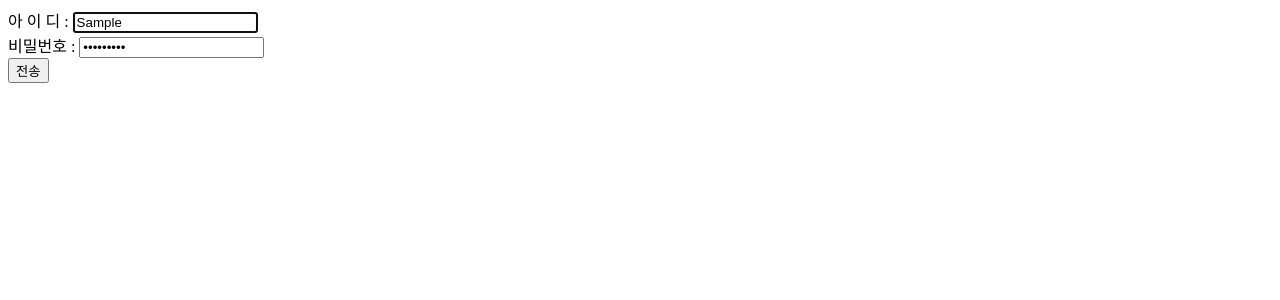
Repository: saysang22/servlet
Page: http://localhost/JSPBook/ch08/validation04.jsp
The author's editor kept a copy of each file at every save. The page is drawn from the files as they stood at one save, then again after the next save.
The browser window is 1280 px wide. The pictures show the whole page.
Empty fields were first filled with sample values (such as "Sample", 5 or name@example.com).
After loading, the first visible `input[onclick="ckFun()"]` was clicked once.
The page is served by Tomcat 10.

Above is the page before, as saved 2024-05-31 02:44:20.

After the next save:
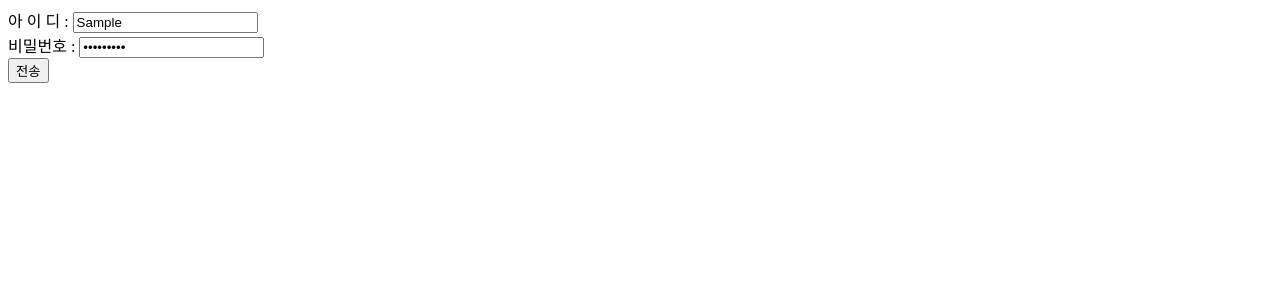
Console error: SyntaxError: Unexpected token ')'
Saved 66 s later.
--- a/JSPBook/src/main/webapp/ch08/validation04.jsp
+++ b/JSPBook/src/main/webapp/ch08/validation04.jsp
@@ -30,7 +30,7 @@
 				}
 			}
 
-			if(isNaN(form.passwd.value)) {
+			if(isNaN(form.passwd.value) && (form.passwd.value == ""))) {
 				alert("비밀번호는 숫자만 입력 가능합니다!");
 				form.passwd.focus();
 				return false;

After the save that followed:
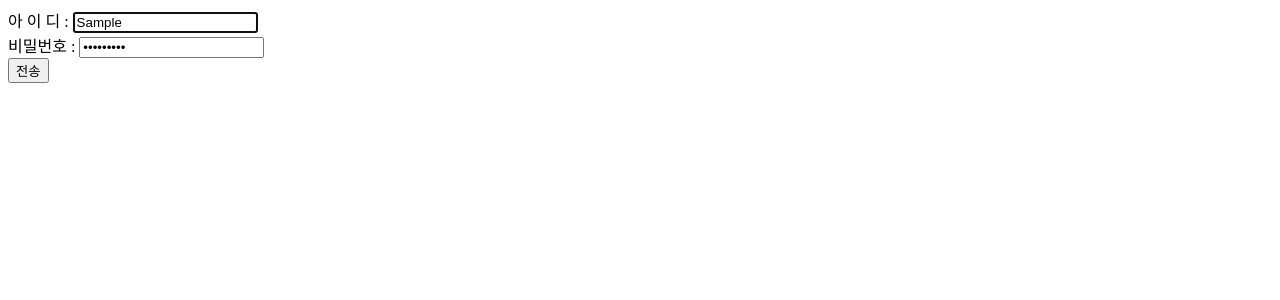
The error is gone.
Saved 41 s later.
--- a/JSPBook/src/main/webapp/ch08/validation04.jsp
+++ b/JSPBook/src/main/webapp/ch08/validation04.jsp
@@ -30,7 +30,7 @@
 				}
 			}
 
-			if(isNaN(form.passwd.value) && (form.passwd.value == ""))) {
+			if(isNaN(form.passwd.value)) {
 				alert("비밀번호는 숫자만 입력 가능합니다!");
 				form.passwd.focus();
 				return false;
